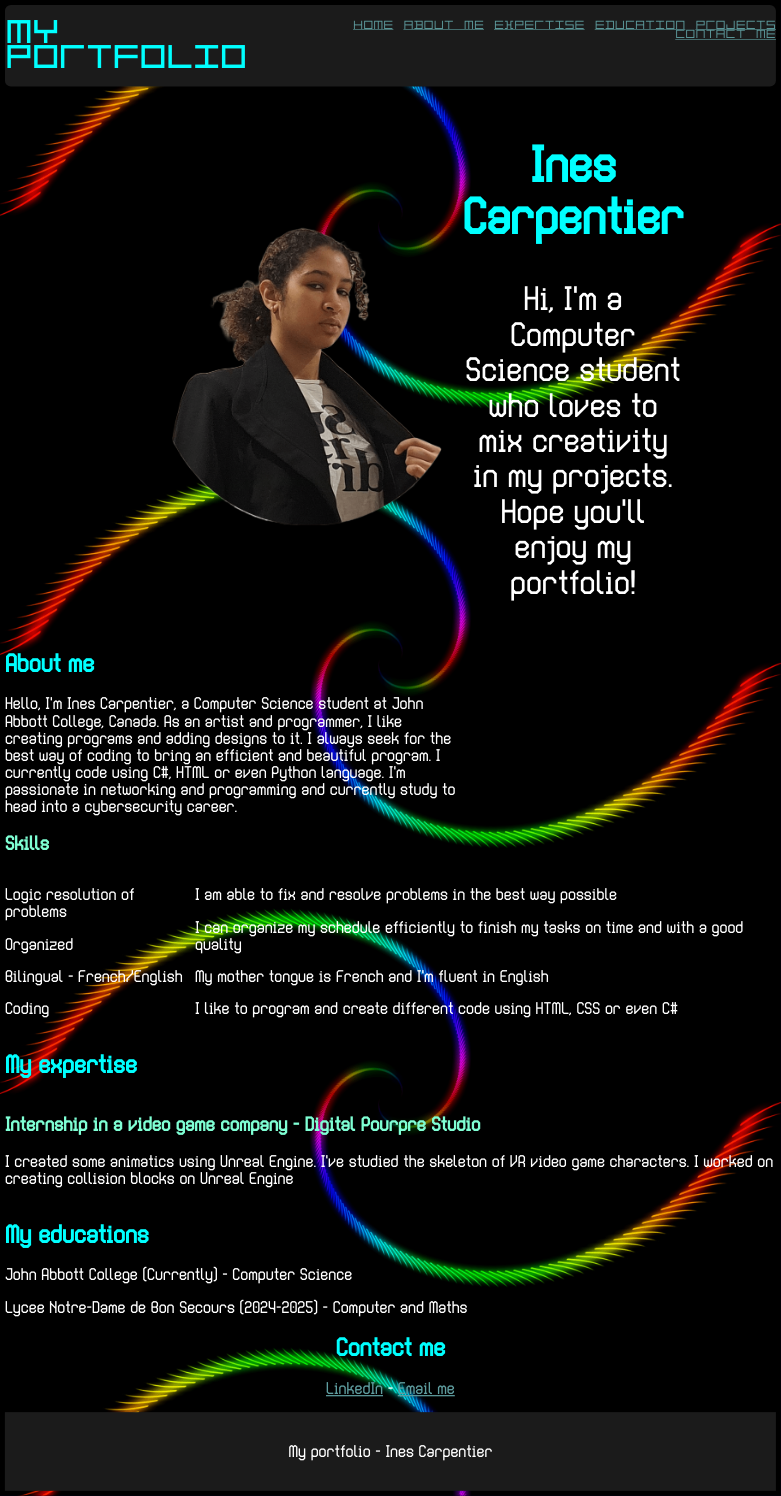
Repository: InsCarp/InsCarp
Page: index.html
The author's editor kept a copy of each file at every save. The page is drawn from the files as they stood at one save, then again after the next save.
The browser window is 1280 px wide. The pictures show the whole page, at 61% of full size.
Backgrounds fixed to the window are drawn as part of the page.

Above is the page before, as saved 2026-05-12 09:27:02.

After the next save:
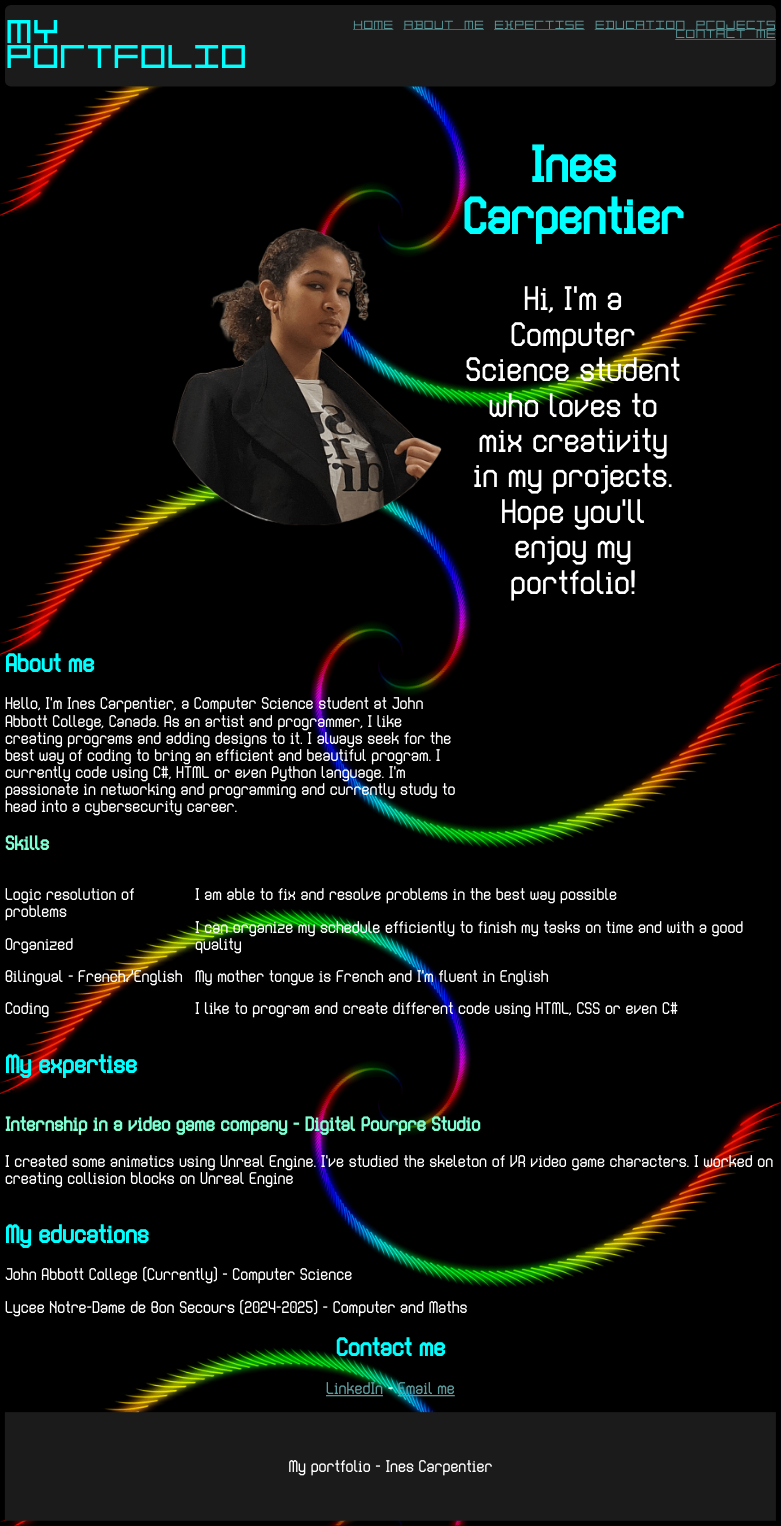
Saved 8 s later.
--- a/styles/globals.css
+++ b/styles/globals.css
@@ -66,7 +66,7 @@ nav{
 footer{
     text-align: center;
     background-color:rgb(27, 27, 27);
-    padding:2%;
+    padding:2rem;
 }
 
 @media only screen and (min-width: 800px){
